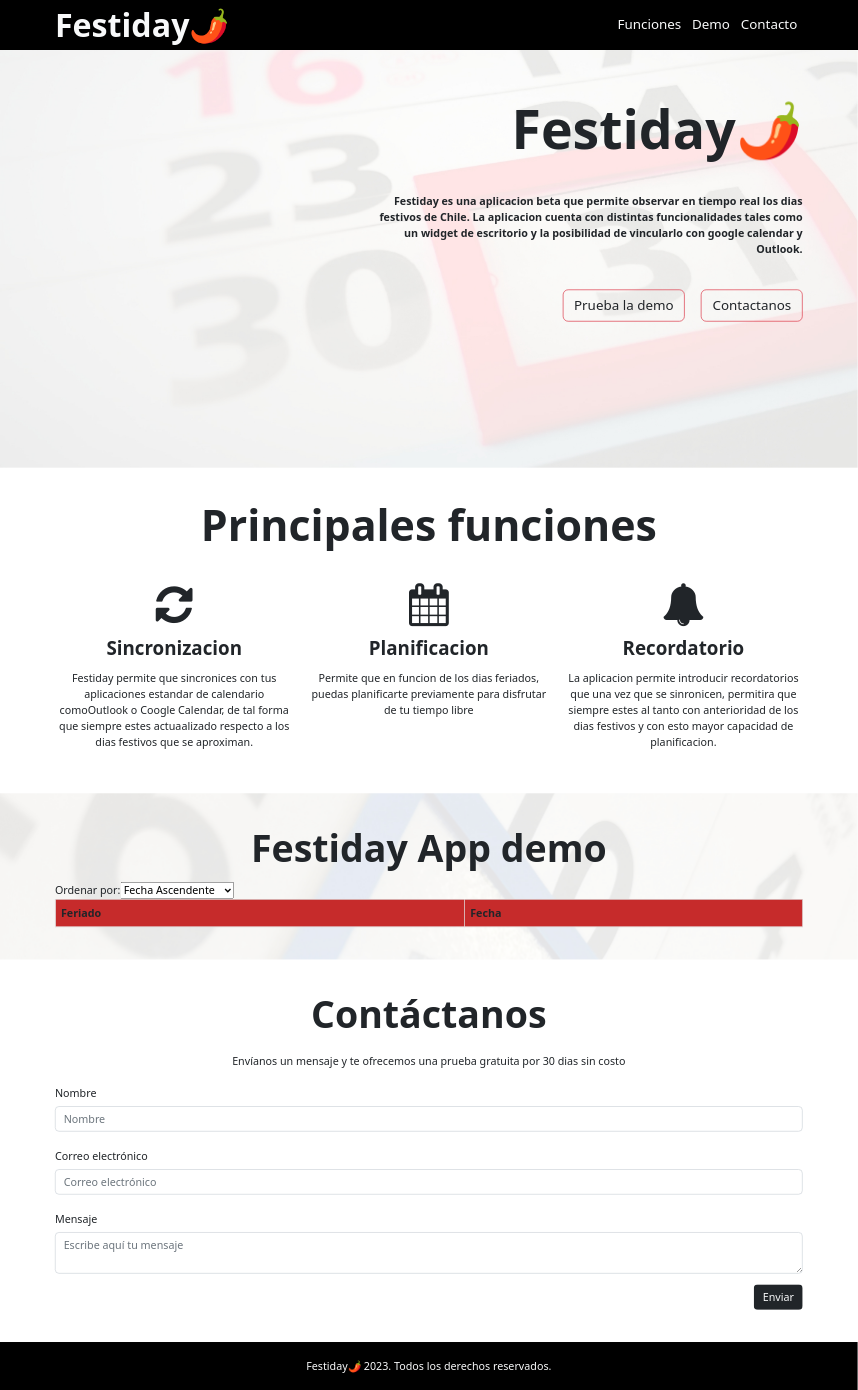
Repository: cvalenciapatagonia/Desafio-4-React-I
Page: /
The author's editor kept a copy of each file at every save. The page is drawn from the files as they stood at one save, then again after the next save.
The browser window is 1280 px wide. The pictures show the whole page, at 67% of full size.
The page's requests for data from a server got no answer. The project was rebuilt for these pictures with package versions that can differ from the ones it lists, and the page was loaded fresh each time. No one was signed in, and anything a server would have sent is missing. Also part of the build but not shown: vite.config.js.

Above is the page before, as saved 2023-09-09 17:04:37.

After the next save:
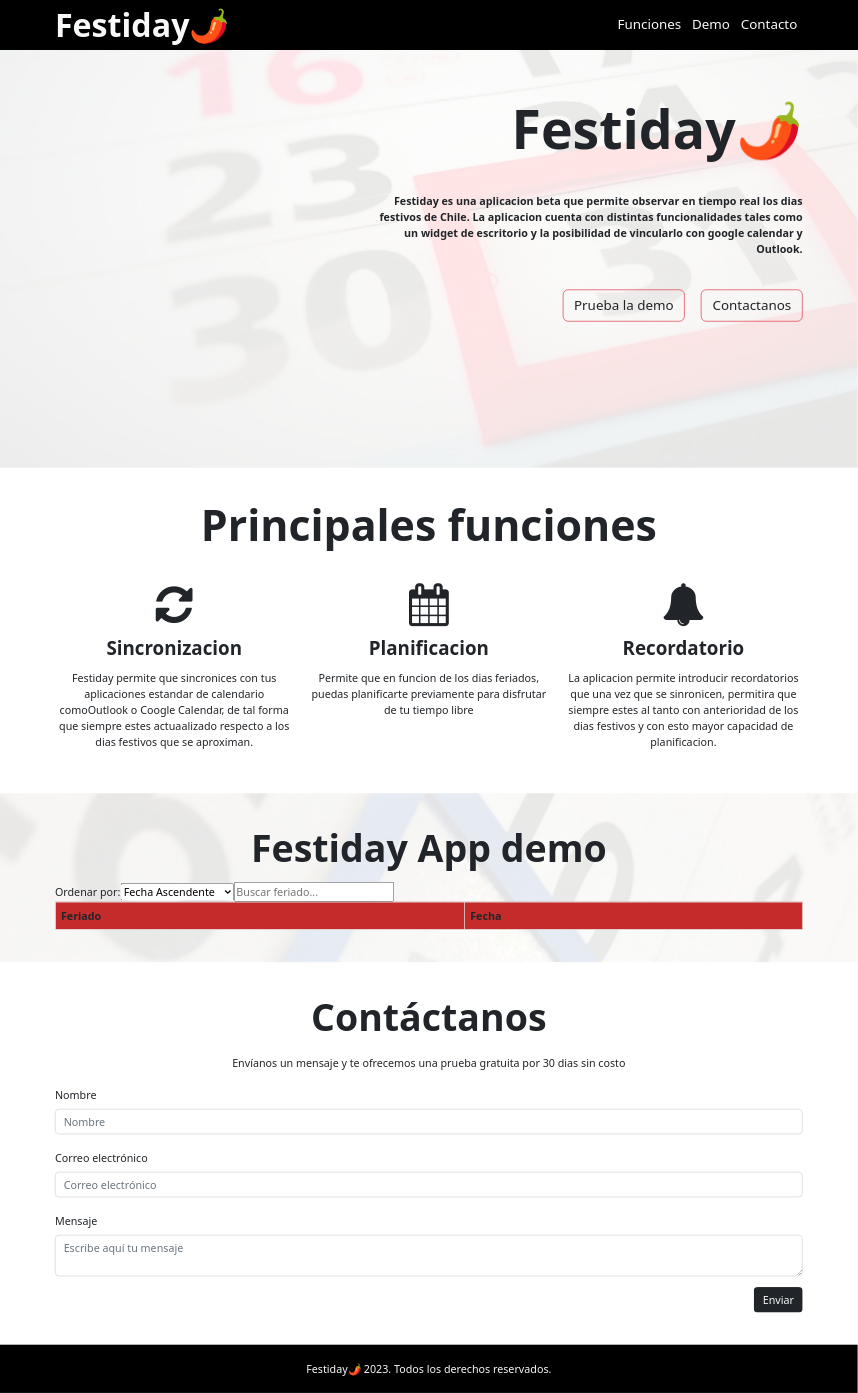
Saved 3 min 41 s later.
--- a/src/components/Buscador.jsx
+++ b/src/components/Buscador.jsx
@@ -1,12 +1,27 @@
-import React, { useState } from 'react';
+import React, { useState, useEffect } from 'react';
 
-function Buscador({ onSortChange }) {
+function Buscador({ onSortChange, holidays, setFilteredHolidays }) {
   const [sortOption, setSortOption] = useState('asc'); // Opción de ordenamiento predeterminada
+  const [searchText, setSearchText] = useState(''); // Estado para almacenar el valor del input de búsqueda
 
   const handleSortChange = (e) => {
     const selectedOption = e.target.value;
     setSortOption(selectedOption);
     onSortChange(selectedOption);
+  };
+
+  // Función para manejar cambios en el input de búsqueda
+  const handleSearchChange = (e) => {
+    const newSearchText = e.target.value;
+    setSearchText(newSearchText);
+
+    // Filtrar los días feriados basados en el nuevo texto de búsqueda
+    const filtered = holidays.filter((holiday) =>
+      holiday.title.toLowerCase().includes(newSearchText.toLowerCase())
+    );
+
+    // Actualizar los días feriados filtrados
+    setFilteredHolidays(filtered);
   };
 
   return (
@@ -17,6 +32,13 @@ function Buscador({ onSortChange }) {
         <option value="desc">Fecha Descendente</option>
         <option value="month">Por Mes</option>
       </select>
+      {/* Agregar el input de búsqueda */}
+      <input
+        type="text"
+        placeholder="Buscar feriado..."
+        value={searchText}
+        onChange={handleSearchChange}
+      />
     </div>
   );
 }
